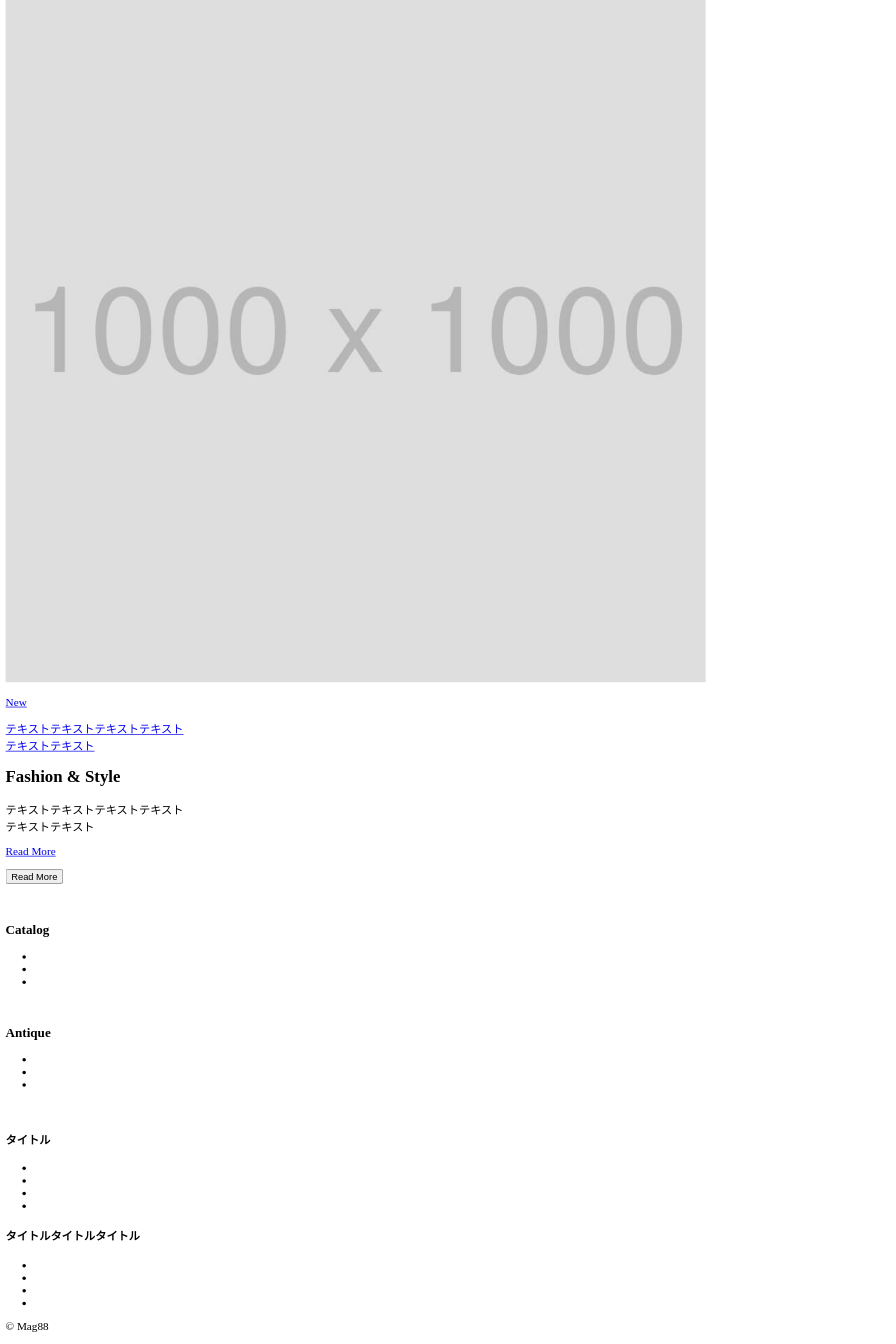
Repository: Fuki-san/bookstore
Page: http://localhost/book
The author's editor kept a copy of each file at every save. The page is drawn from the files as they stood at one save, then again after the next save.
The browser window is 1280 px wide. The pictures show the part of the page from y = 1322 to 3242 px (the page is 3242 px tall before and 3187 px after), at 70% of full size.
The page is served by the project's Laravel application, run on PHP 8.4 with Laravel 10. Other server files are loaded and not shown.

Above is the page before, as saved 2023-11-20 12:18:17.

### routes/web.php
<?php

use Illuminate\Support\Facades\Route;

/*
|--------------------------------------------------------------------------
| Web Routes
|--------------------------------------------------------------------------
|
| Here is where you can register web routes for your application. These
| routes are loaded by the RouteServiceProvider and all of them will
| be assigned to the "web" middleware group. Make something great!
|
*/

Route::get('/', function () {
    return view('welcome');
});

Route::get('book', function() {
    return view('bookstore');
})->name('book');

### resources/views/bookstore.blade.php
@extends('layouts.main')

@section('title', 'bookstore')

@section('content')
    <header>
        <h1 class="site-title"><img src="img/logo.svg" alt="Mag88"></h1>
    </header>

    <main>
        <section id="magazine" class="wrapper">
            <h2 class="sec-title">A special, long article in a newspaper or magazine</h2>
            <p>テキストテキスト</p>
            <div class="flex-item">
                <a class="item" href="#">
                    <img src="img/magazine-archive.jpg">
                    <div class="text">
                        <p class="title">Archive</p>
                        <p>
                            テキストテキストテキストテキスト<br>
                            テキストテキスト
                        </p>
                    </div>
                </a>
                <a href="#" class="item">
                    <img src="img/magazine-new.jpg">
                    <div class="text">
                        <p class="title">New</p>
                        <p>
                            テキストテキストテキストテキスト<br>
                            テキストテキスト
                        </p>
                    </div>
                </a>
            </div>
        </section>

        <section id="fashion">
            <div class="wrapper">
                <h2 class="sec-title">Fashion &amp; Style</h2>
                <p>
                テキストテキストテキストテキスト<br>
                テキストテキスト
                </p>
                <a href="#" btn>Read More</a>
            </div>

            <p></p>
            <div><a href=""></a><input type="submit" class="button" value="Read More"></div>
            <img src="">
        </section>
        <section class="catalog-antique">
            <img src="">
            <h3>Catalog</h3>
            <ul>
                <li></li>
                <li></li>
                <li></li>
            </ul>
        </section>
        <section class="catalog-antique">
            <img src="">
            <h3>Antique</h3>
            <ul>
                <li></li>
                <li></li>
                <li></li>
            </ul>
        </section>

    </main>


    <footer>
        <div class="footer-menu">
            <img src="">
            <h4>タイトル</h4>
            <ul>
                <li></li>
                <li></li>
                <li></li>
                <li></li>
            </ul>
            <h4>タイトルタイトルタイトル</h4>
            <ul>
                <li></li>
                <li></li>
                <li></li>
                <li></li>
            </ul>
        </div>
        <p>&copy; Mag88</p>
    </footer>
@endsection

### resources/views/layouts/main.blade.php
<!DOCTYPE html>
<html lang="ja">
<head>
    <meta charset="UTF-8">
    <meta name="viewport" content="width=device-width, initial-scale=1.0">
    <meta http-equiv="X-UA-Compatible" content="ie=edge">
    <link rel="stylesheet" href="{{ asset('css/reset.css') }}">
    <link rel="stylesheet" href="{{ asset('css/style.css') }}">
    <link rel="icon" href="img/favicon.ico">
    <title>@yield('title')</title>
</head>
<body>
    @yield('content')
</body>
</html>

### public/img/logo.svg
<?xml version="1.0" encoding="utf-8"?>
<!-- Generator: Adobe Illustrator 15.1.0, SVG Export Plug-In . SVG Version: 6.00 Build 0)  -->
<!DOCTYPE svg PUBLIC "-//W3C//DTD SVG 1.1//EN" "http://www.w3.org/Graphics/SVG/1.1/DTD/svg11.dtd">
<svg version="1.1" id="レイヤー_1" xmlns="http://www.w3.org/2000/svg" xmlns:xlink="http://www.w3.org/1999/xlink" x="0px"
	 y="0px" width="120px" height="40px" viewBox="0 0 120 40" enable-background="new 0 0 120 40" xml:space="preserve">
<text transform="matrix(1 0 0 1 11.667 -25.8213)" fill="#2B3137" font-family="'Arial-BoldMT'" font-size="31.8021">Mag88</text>
<rect fill="#2A2A2A" width="120" height="40"/>
<g>
	<path fill="#FFFFFF" d="M13.351,29.333V6.568h6.879l4.13,15.529l4.084-15.529h6.895v22.765h-4.271v-17.92l-4.519,17.92h-4.425
		l-4.503-17.92v17.92H13.351z"/>
	<path fill="#FFFFFF" d="M43.134,17.872l-3.96-0.714c0.445-1.595,1.211-2.774,2.299-3.54c1.087-0.766,2.701-1.149,4.845-1.149
		c1.946,0,3.396,0.23,4.348,0.69c0.952,0.461,1.623,1.047,2.011,1.756c0.389,0.709,0.582,2.01,0.582,3.904l-0.046,5.094
		c0,1.449,0.069,2.518,0.21,3.207c0.139,0.688,0.4,1.426,0.783,2.213h-4.316c-0.113-0.29-0.254-0.72-0.419-1.289
		c-0.073-0.259-0.124-0.43-0.155-0.513c-0.746,0.725-1.543,1.269-2.392,1.63c-0.849,0.363-1.755,0.544-2.718,0.544
		c-1.697,0-3.035-0.46-4.014-1.382s-1.467-2.086-1.467-3.494c0-0.932,0.222-1.762,0.667-2.492c0.444-0.73,1.069-1.289,1.871-1.677
		c0.802-0.389,1.959-0.728,3.471-1.018c2.039-0.383,3.452-0.739,4.239-1.071v-0.435c0-0.839-0.207-1.437-0.621-1.794
		s-1.195-0.535-2.345-0.535c-0.776,0-1.382,0.152-1.817,0.458C43.755,16.571,43.403,17.106,43.134,17.872z M48.973,21.413
		c-0.559,0.187-1.444,0.409-2.655,0.668c-1.212,0.259-2.003,0.512-2.376,0.761c-0.569,0.403-0.854,0.916-0.854,1.537
		c0,0.61,0.227,1.14,0.683,1.584c0.456,0.445,1.035,0.667,1.739,0.667c0.787,0,1.537-0.258,2.252-0.775
		c0.527-0.394,0.875-0.875,1.04-1.444c0.114-0.373,0.171-1.081,0.171-2.128V21.413z"/>
	<path fill="#FFFFFF" d="M57.157,30.419l4.984,0.605c0.083,0.58,0.274,0.979,0.574,1.196c0.414,0.311,1.066,0.466,1.957,0.466
		c1.139,0,1.992-0.171,2.563-0.512c0.383-0.229,0.673-0.596,0.869-1.104c0.135-0.362,0.202-1.029,0.202-2.003v-2.407
		c-1.304,1.781-2.95,2.672-4.938,2.672c-2.215,0-3.97-0.938-5.264-2.811c-1.015-1.48-1.521-3.324-1.521-5.529
		c0-2.764,0.664-4.875,1.995-6.335c1.33-1.46,2.983-2.189,4.962-2.189c2.039,0,3.721,0.896,5.046,2.687v-2.314h4.084V27.64
		c0,1.946-0.161,3.4-0.481,4.363s-0.771,1.719-1.351,2.268c-0.58,0.549-1.354,0.979-2.321,1.289
		c-0.969,0.311-2.192,0.466-3.673,0.466c-2.795,0-4.778-0.479-5.947-1.437c-1.17-0.957-1.755-2.172-1.755-3.642
		C57.141,30.802,57.147,30.626,57.157,30.419z M61.054,20.745c0,1.75,0.339,3.031,1.017,3.844c0.679,0.813,1.515,1.219,2.508,1.219
		c1.066,0,1.967-0.416,2.703-1.25c0.734-0.834,1.102-2.068,1.102-3.703c0-1.709-0.352-2.977-1.056-3.805s-1.595-1.242-2.671-1.242
		c-1.045,0-1.907,0.406-2.586,1.219C61.393,17.839,61.054,19.079,61.054,20.745z"/>
	<path fill="#FFFFFF" d="M79.797,17.05c-1.129-0.477-1.949-1.131-2.462-1.965c-0.513-0.833-0.769-1.746-0.769-2.74
		c0-1.697,0.593-3.101,1.778-4.208c1.185-1.107,2.87-1.662,5.054-1.662c2.164,0,3.844,0.554,5.039,1.662
		c1.196,1.108,1.794,2.511,1.794,4.208c0,1.056-0.274,1.995-0.823,2.818c-0.549,0.822-1.32,1.451-2.313,1.887
		c1.263,0.508,2.224,1.248,2.88,2.221c0.658,0.973,0.986,2.096,0.986,3.369c0,2.102-0.67,3.811-2.011,5.125
		s-3.124,1.972-5.349,1.972c-2.071,0-3.795-0.544-5.172-1.63c-1.625-1.284-2.438-3.045-2.438-5.28c0-1.231,0.305-2.362,0.916-3.394
		C77.52,18.403,78.482,17.608,79.797,17.05z M80.293,22.407c0,1.201,0.309,2.138,0.924,2.811c0.616,0.673,1.385,1.01,2.307,1.01
		c0.9,0,1.646-0.324,2.236-0.971c0.59-0.647,0.885-1.582,0.885-2.803c0-1.066-0.301-1.924-0.9-2.57
		c-0.602-0.646-1.361-0.971-2.283-0.971c-1.066,0-1.861,0.367-2.383,1.103C80.555,20.751,80.293,21.548,80.293,22.407z
		 M80.698,12.655c0,0.869,0.246,1.547,0.737,2.034c0.491,0.486,1.146,0.729,1.964,0.729c0.828,0,1.491-0.246,1.988-0.737
		s0.745-1.173,0.745-2.042c0-0.818-0.246-1.473-0.737-1.965c-0.492-0.491-1.142-0.737-1.949-0.737c-0.838,0-1.506,0.249-2.003,0.745
		C80.946,11.18,80.698,11.837,80.698,12.655z"/>
	<path fill="#FFFFFF" d="M97.484,17.05c-1.128-0.477-1.948-1.131-2.462-1.965c-0.512-0.833-0.768-1.746-0.768-2.74
		c0-1.697,0.592-3.101,1.777-4.208c1.186-1.107,2.871-1.662,5.055-1.662c2.164,0,3.844,0.554,5.039,1.662
		c1.195,1.108,1.793,2.511,1.793,4.208c0,1.056-0.273,1.995-0.822,2.818c-0.549,0.822-1.32,1.451-2.314,1.887
		c1.264,0.508,2.224,1.248,2.881,2.221c0.658,0.973,0.986,2.096,0.986,3.369c0,2.102-0.67,3.811-2.012,5.125
		c-1.34,1.314-3.123,1.972-5.349,1.972c-2.071,0-3.794-0.544-5.171-1.63c-1.625-1.284-2.438-3.045-2.438-5.28
		c0-1.231,0.305-2.362,0.916-3.394C95.207,18.403,96.168,17.608,97.484,17.05z M97.981,22.407c0,1.201,0.308,2.138,0.924,2.811
		c0.615,0.673,1.385,1.01,2.307,1.01c0.9,0,1.646-0.324,2.235-0.971c0.591-0.647,0.886-1.582,0.886-2.803
		c0-1.066-0.301-1.924-0.901-2.57s-1.361-0.971-2.282-0.971c-1.066,0-1.861,0.367-2.384,1.103S97.981,21.548,97.981,22.407z
		 M98.385,12.655c0,0.869,0.245,1.547,0.736,2.034c0.492,0.486,1.146,0.729,1.965,0.729c0.828,0,1.49-0.246,1.988-0.737
		c0.496-0.491,0.744-1.173,0.744-2.042c0-0.818-0.246-1.473-0.736-1.965c-0.492-0.491-1.143-0.737-1.949-0.737
		c-0.839,0-1.506,0.249-2.004,0.745C98.633,11.18,98.385,11.837,98.385,12.655z"/>
</g>
</svg>

Loaded but not shown: public/css/style.css (no copy from this time; the picture is the same without it)

After the next save:
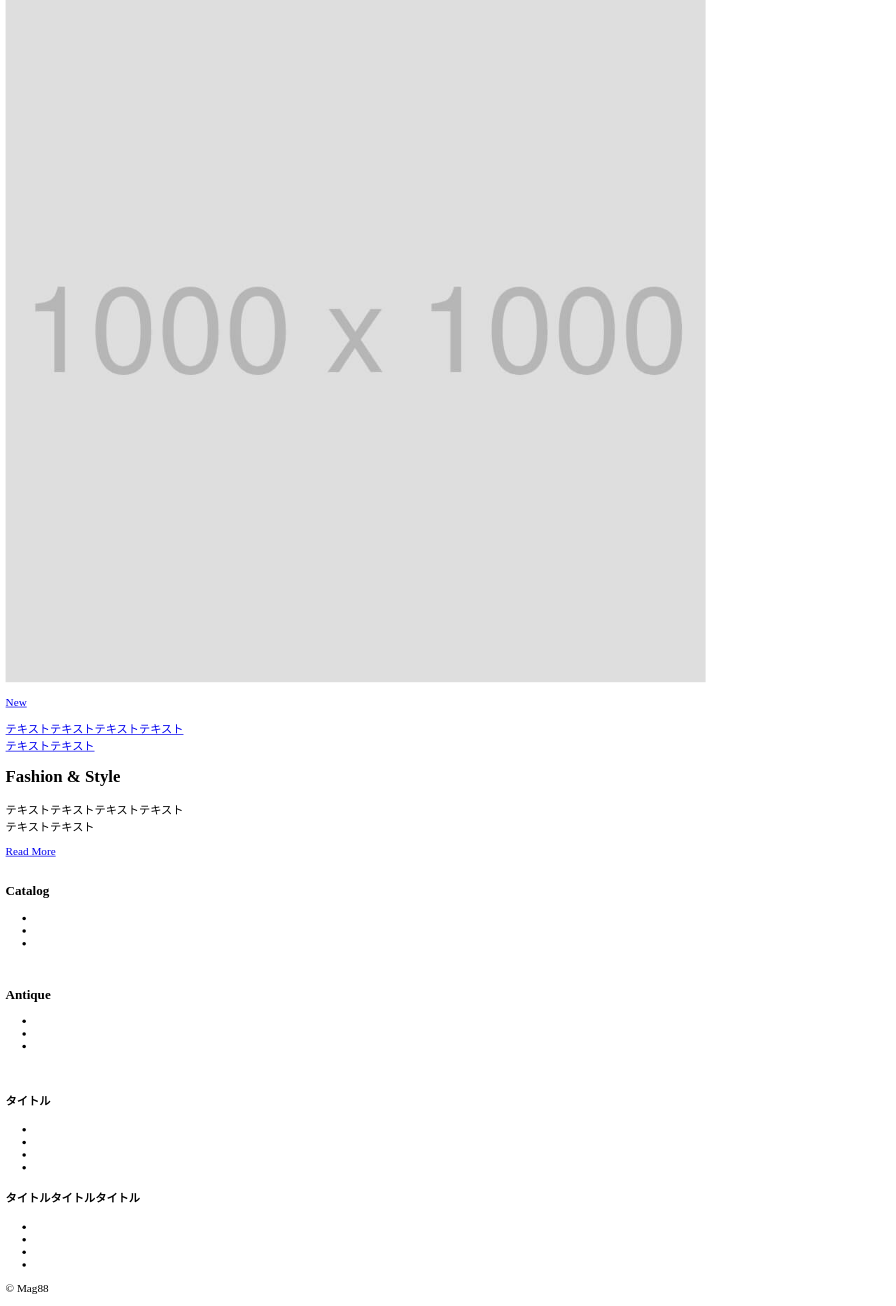
Saved 9 s later.
--- a/resources/views/bookstore.blade.php
+++ b/resources/views/bookstore.blade.php
@@ -44,10 +44,6 @@
                 </p>
                 <a href="#" btn>Read More</a>
             </div>
-
-            <p></p>
-            <div><a href=""></a><input type="submit" class="button" value="Read More"></div>
-            <img src="">
         </section>
         <section class="catalog-antique">
             <img src="">
